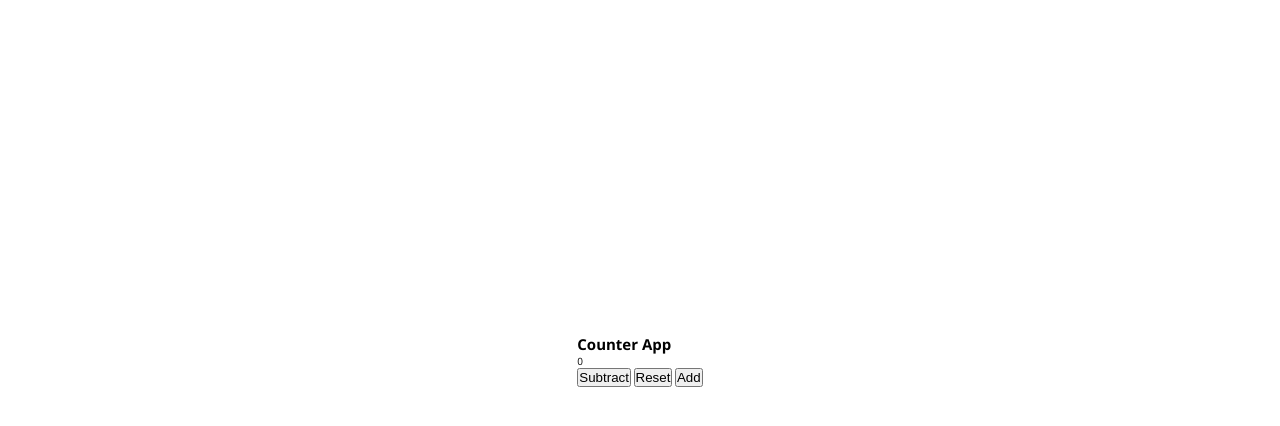
Repository: fakebrianho/100daysJS
Page: day001/index.html
These files come from the project's save history. The page is drawn as it stood at one moment and after the next save; the edit follows.
The browser window is 1280 px wide. The pictures show the whole page.
Some web libraries are served in a nearby version.

Above is the page before, as saved 2023-03-21 14:55:09.

### day001/index.html
<!DOCTYPE html>
<html lang="en">

<head>
  <meta charset="UTF-8" />
  <meta name="viewport" content="width=device-width, initial-scale=1.0" />
  <title>Document</title>
  <script src="https://kit.fontawesome.com/1935d064dd.js" crossorigin="anonymous"></script>
  <link rel="stylesheet" href="styles.css" />
</head>

<body>
  <main>
    <section class='container'>
      <h1 class='title'>Counter App</h1>
      <section class='counter'><span class='count'>0</span></section>
      <div class='divider'></div>
      <footer>
        <button class='subtract'>Subtract</button>
        <button class='reset'>Reset</button>
        <button class='add'>Add</button>
      </footer>
    </section>
  </main>

  <script src="script.js"></script>
</body>

</html>

### day001/styles.css
@import url('https://fonts.googleapis.com/css2?family=Open+Sans:wght@300;400;600;700&display=swap');

:root {
	--white: #fff;
	--black: #1c2b2d;
	--blue: #31326f;
	--light-blue: #005490;
	--color-primary: #9d0191;
	--color-sec: #db6400;
	--grey: #eee;
	--dark-grey: #222831;
}

* {
	margin: 0;
	padding: 0;
	box-sizing: border-box;
}

main {
	width: 100%;
	height: 100vh;
	display: flex;
	justify-content: center;
	align-items: center;
}

html {
	font-size: 10px;
}

body {
	font-family: 'Open Sans', sans-serif;
}

p {
	font-size: 1.6rem;
	line-height: 1.5;
}

img {
	width: 100%;
}

.container {
	/* max-width: 900px;
  margin: 0 auto;
  padding: 0 20px; */
}

Loaded but not shown: day001/script.js (no stored copy; drawn as an empty file)

After the next save:
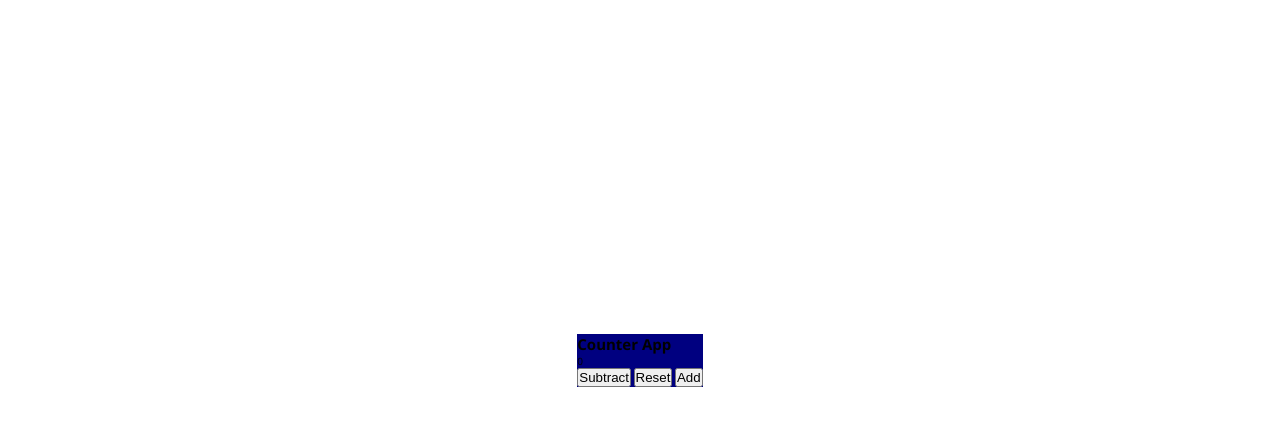
Saved 10 min 4 s later.
--- a/day001/styles.css
+++ b/day001/styles.css
@@ -43,6 +43,7 @@ img {
 }
 
 .container {
+	background-color: navy;
 	/* max-width: 900px;
   margin: 0 auto;
   padding: 0 20px; */
